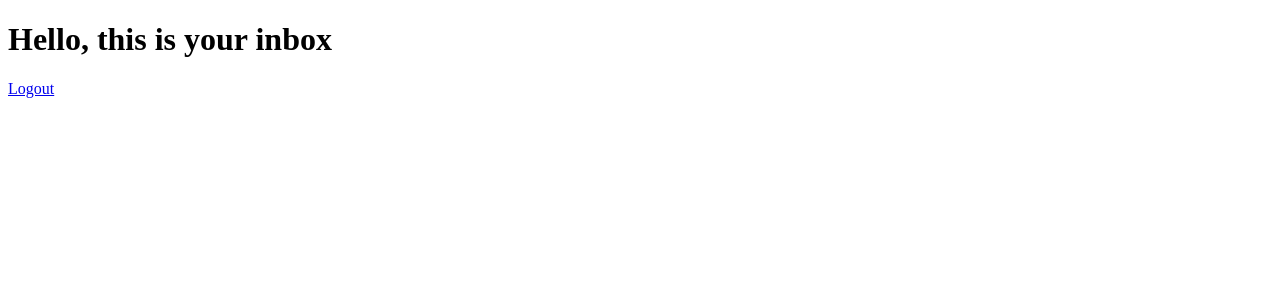
Repository: vinaykn1988/f
Page: http://localhost/14_Cookies/inbox.jsp
These files come from the project's save history. The page is drawn as it stood at one moment and after the next save; the edit follows.
The browser window is 1280 px wide. The pictures show the whole page.
The page is served by Tomcat 9.

Above is the page before, as saved 2015-10-17 05:18:19.

After the next save:
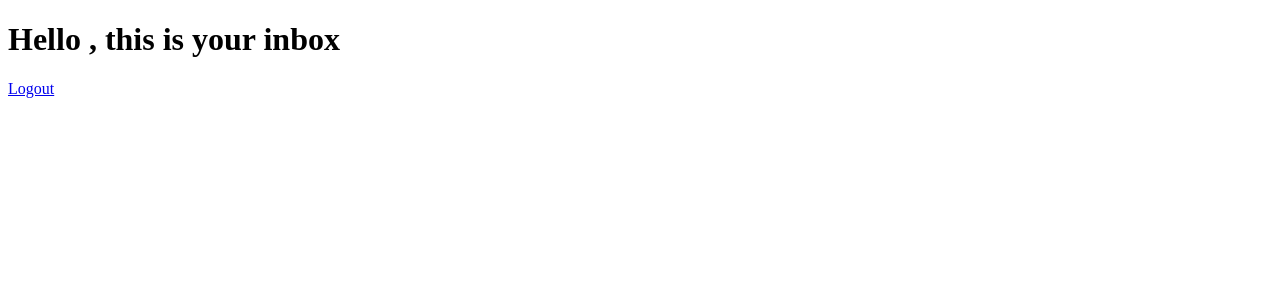
Saved 4 min 0 s later.
--- a/full/CoreJava/14 Cookies/WebContent/inbox.jsp
+++ b/full/CoreJava/14 Cookies/WebContent/inbox.jsp
@@ -7,7 +7,7 @@
 <title>Insert title here</title>
 </head>
 <body>
-<h1>Hello, this is your inbox</h1>
+<h1>Hello ${cookie.username.value }, this is your inbox</h1>
 <P>
 
 <a href="logout"> Logout</a>
